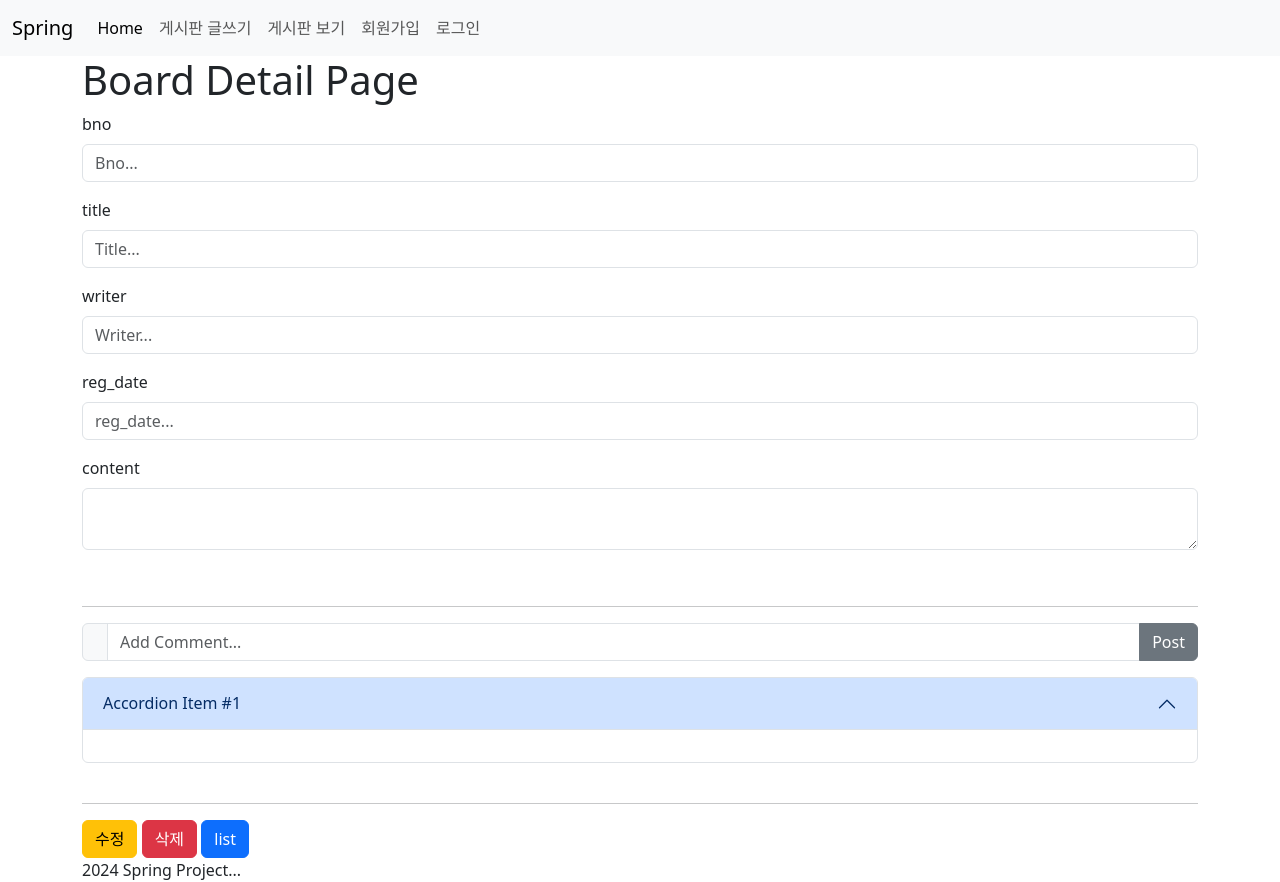
Repository: dhalfks/springTest240430
Page: http://localhost/spring_study/WEB-INF/views/board/detail.jsp
The author's editor kept a copy of each file at every save. The page is drawn from the files as they stood at one save, then again after the next save.
The browser window is 1280 px wide. The pictures show the whole page.
The page is served by Tomcat 9. Nobody is signed in. The template is opened directly, without the code that normally fills it, so the values that code supplies are empty.

Above is the page before, as saved 2024-04-26 02:48:27.

### spring_study/src/main/webapp/WEB-INF/views/board/detail.jsp
<%@ page language="java" contentType="text/html; charset=UTF-8"
    pageEncoding="UTF-8"%>
<jsp:include page="../layout/header.jsp" />
<div class="container-md">
<h1>Board Detail Page</h1>
	<div class="mb-3">
	  <label for="n" class="form-label">bno</label>
	  <input type="text" class="form-control" name="bno" id="n" value="${bvo.bno }" readonly="readonly" placeholder="Bno...">
	</div>
	<div class="mb-3">
	  <label for="t" class="form-label">title</label>
	  <input type="text" class="form-control" name="title" id="t" value="${bvo.title }" readonly="readonly" placeholder="Title...">
	</div>
	<div class="mb-3">
	  <label for="w" class="form-label">writer</label>
	  <input type="text" class="form-control" name="writer" id="w" value="${bvo.writer }" readonly="readonly" placeholder="Writer...">
	</div>
	<div class="mb-3">
	  <label for="r" class="form-label">reg_date</label>
	  <input type="text" class="form-control" name="reg_date" id="r" value="${bvo.reg_date }" readonly="readonly" placeholder="reg_date...">
	</div>
	<div class="mb-3">
	  <label for="c" class="form-label">content</label>
	  <textarea class="form-control" id="c" name="content" aria-label="With textarea" readonly="readonly">${bvo.content }</textarea>
	</div>
	<br>
	<hr>

	<!-- Comment line -->
	<!-- 댓글 등록 라인 -->
	<div class="input-group mb-3">
	  <span class="input-group-text" id="cmtWriter">${ses.id }</span>
	  <input type="text" id="cmtText" class="form-control" placeholder="Add Comment..." aria-label="Username" aria-describedby="basic-addon1">
	  <button type="button" id="cmtAddBtn" class="btn btn-secondary">Post</button>
	</div>

	<!-- 댓글 출력 라인 -->
<div class="accordion" id="accordionExample">
  <div class="accordion-item">
    <h2 class="accordion-header">
      <button class="accordion-button" type="button" data-bs-toggle="collapse" data-bs-target="#collapseOne" aria-expanded="true" aria-controls="collapseOne">
        Accordion Item #1
      </button>
    </h2>
    <div id="collapseOne" class="accordion-collapse collapse show" data-bs-parent="#accordionExample">
      <div class="accordion-body">
        <strong></strong>
      </div>
    </div>
  </div>
</div>
<br>
<hr>

	<a href="/board/modify?bno=${bvo.bno }"><button type="button" class="btn btn-warning">수정</button></a>
	<a href="/board/remove?bno=${bvo.bno }"><button type="button" class="btn btn-danger">삭제</button></a>
	<a href="/board/list"><button type="button" class="btn btn-primary">list</button></a>

</div>

<jsp:include page="../layout/footer.jsp" />

### spring_study/src/main/webapp/WEB-INF/views/layout/header.jsp
<%@ page language="java" contentType="text/html; charset=UTF-8"
    pageEncoding="UTF-8"%>
    <%@ taglib uri="http://java.sun.com/jsp/jstl/core" prefix="c" %>

<!DOCTYPE html>
<html>
<head>
<meta charset="UTF-8">
<title>header.jsp</title>
<link href="https://cdn.jsdelivr.net/npm/bootstrap@5.3.3/dist/css/bootstrap.min.css" rel="stylesheet" integrity="sha384-QWTKZyjpPEjISv5WaRU9OFeRpok6YctnYmDr5pNlyT2bRjXh0JMhjY6hW+ALEwIH" crossorigin="anonymous">
<script src="https://cdn.jsdelivr.net/npm/bootstrap@5.3.3/dist/js/bootstrap.bundle.min.js" integrity="sha384-YvpcrYf0tY3lHB60NNkmXc5s9fDVZLESaAA55NDzOxhy9GkcIdslK1eN7N6jIeHz" crossorigin="anonymous"></script>
</head>
<body>
<nav class="navbar navbar-expand-lg bg-body-tertiary">
  <div class="container-fluid">
    <a class="navbar-brand" href="#">Spring</a>
    <button class="navbar-toggler" type="button" data-bs-toggle="collapse" data-bs-target="#navbarSupportedContent" aria-controls="navbarSupportedContent" aria-expanded="false" aria-label="Toggle navigation">
      <span class="navbar-toggler-icon"></span>
    </button>
    <div class="collapse navbar-collapse" id="navbarSupportedContent">
      <ul class="navbar-nav me-auto mb-2 mb-lg-0">
        <li class="nav-item">
          <a class="nav-link active" aria-current="page" href="/">Home</a>
        </li>
        <li class="nav-item">
          <a class="nav-link" href="/board/register">게시판 글쓰기</a>
        </li>
        <li class="nav-item">
          <a class="nav-link" href="/board/list">게시판 보기</a>
        </li>
        <li class="nav-item">
          <a class="nav-link" href="/member/register">회원가입</a>
        </li>
        <c:if test="${ses.id eq null }">
        <li class="nav-item">
          <a class="nav-link" href="/member/login">로그인</a>
        </li>
        </c:if>
        <c:if test="${ses.id ne null }">
        <li class="nav-item">
          <a class="nav-link" href="/member/logout">로그아웃</a>
        </li>
        <li class="nav-item">
          <a class="nav-link" href="/member/modify">${ses.id }( ${ses.email } ) welcome!!</a>
        </li>
        </c:if>
       </ul>
    </div>
  </div>
</nav>

### spring_study/src/main/webapp/WEB-INF/views/layout/footer.jsp
<%@ page language="java" contentType="text/html; charset=UTF-8"
    pageEncoding="UTF-8"%>

<div class="container-md">
 	2024 Spring Project...
</div>

</body>
</html>

After the next save:
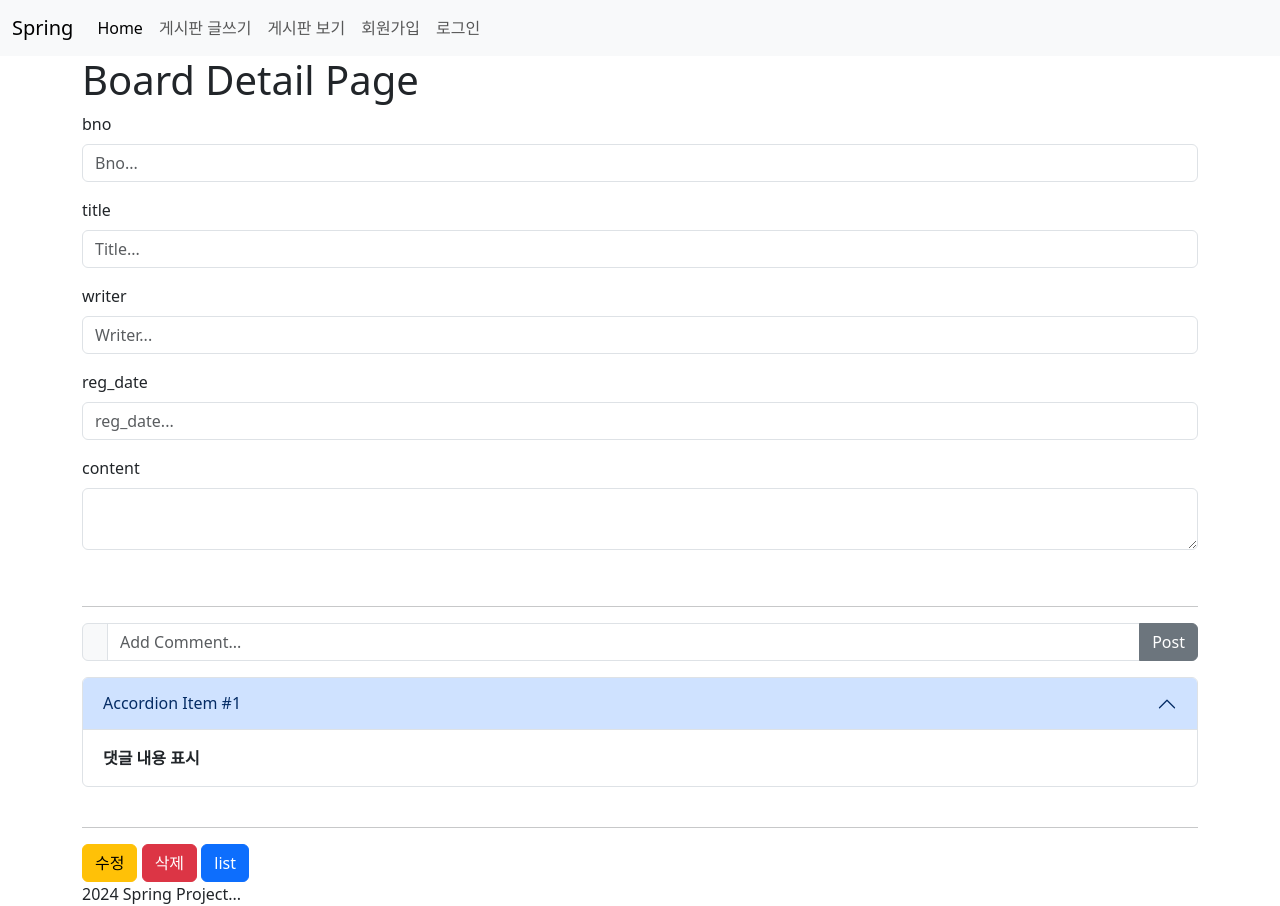
Saved 6 s later.
--- a/spring_study/src/main/webapp/WEB-INF/views/board/detail.jsp
+++ b/spring_study/src/main/webapp/WEB-INF/views/board/detail.jsp
@@ -44,7 +44,7 @@
     </h2>
     <div id="collapseOne" class="accordion-collapse collapse show" data-bs-parent="#accordionExample">
       <div class="accordion-body">
-        <strong></strong>
+        <strong>댓글 내용 표시</strong>
       </div>
     </div>
   </div>
